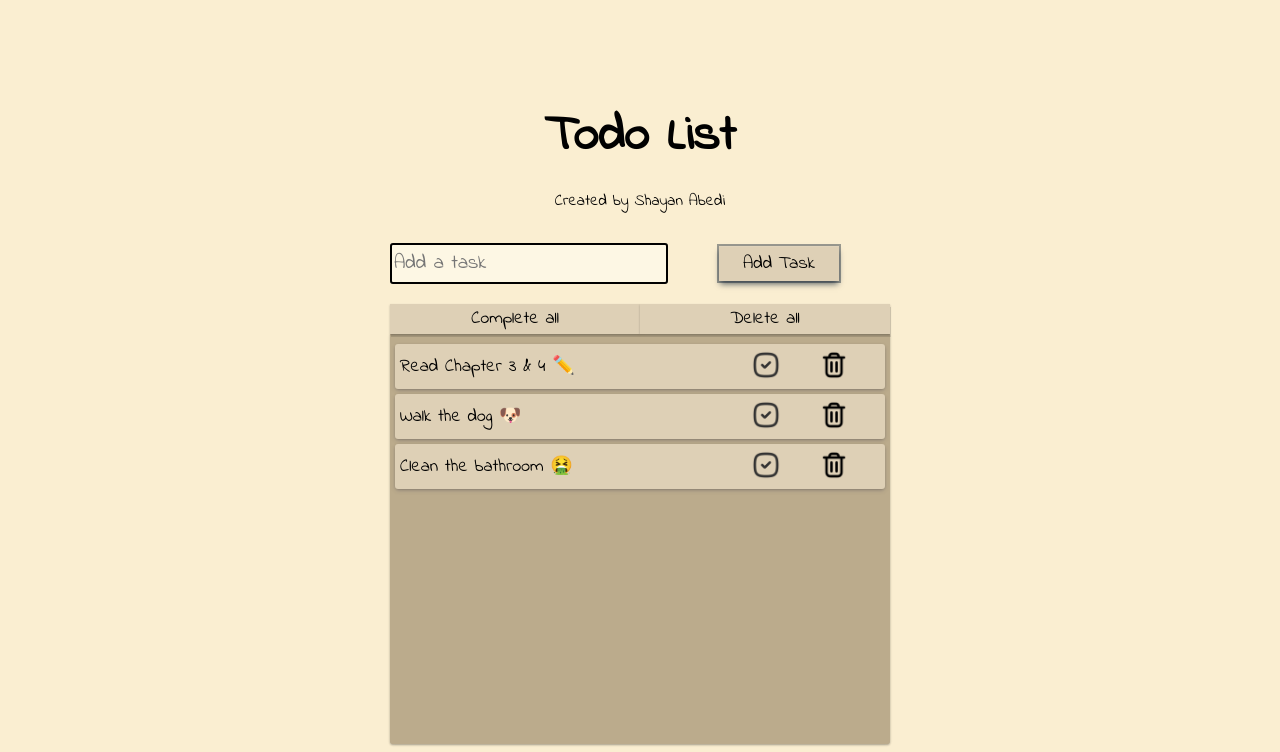
Repository: shayanabedi98/todo-list
Page: /
These files come from the project's save history. The page is drawn as it stood at one moment and after the next save; the edit follows.
The browser window is 1280 px wide. The pictures show the whole page.
The project was rebuilt for these pictures with package versions that can differ from the ones it lists, and the page was loaded fresh each time. Also part of the build but not shown: vite.config.js.

Above is the page before, as saved 2023-12-30 20:02:06.

### index.html
<!doctype html>
<html lang="en">
  <head>
    <meta charset="UTF-8" />
    <link rel="icon" type="image/svg+xml" href="./src/assets/pencil-svgrepo-com.png" />
    <meta name="viewport" content="width=device-width, initial-scale=1.0" />
    <link rel="preconnect" href="https://fonts.googleapis.com">
    <link rel="preconnect" href="https://fonts.gstatic.com" crossorigin>
    <link href="https://fonts.googleapis.com/css2?family=Indie+Flower&display=swap" rel="stylesheet">
    <title>Todo List</title>
  </head>
  <body>
    <div id="root"></div>
    <script type="module" src="/src/main.jsx"></script>
  </body>
</html>

### src/App.jsx
import { useState } from "react";
import { v4 as uuid } from "uuid";
import TodoList from "./TodoList";
import CreateTask from "./CreateTask";
import AffectAll from "./AffectAll";

function App() {
  const [list, setList] = useState([
    { id: uuid(), text: "Read Chapter 3 & 4 ✏️", completed: false },
    { id: uuid(), text: "Walk the dog 🐶", completed: false },
    { id: uuid(), text: "Clean the bathroom 🤮", completed: false },
  ]);
  const [input, setInput] = useState("");

  const addTask = () => {
    if (input.trim() !== "") {
      setList([...list, { id: uuid(), text: input, completed: false }]);
      setInput("");
    }
  };

  const handleChange = (event) => {
    setInput(event.target.value);
  };

  const handleDelete = (taskID) => {
    const newList = list.filter((task) => {
      return task.id !== taskID;
    });
    setList(newList);
  };

  const handleComplete = (taskID) => {
    const newList = list.map((task) => {
      if (task.id === taskID) {
        return { ...task, completed: !task.completed };
      } else {
        return task;
      }
    });
    setList(newList);
  };

  const clearAll = () => {
    setList([]);
  };

  const completeAll = () => {
    const isItCompleted = list.some((task) => !task.completed);
    const newList = list.map((task) => ({ ...task, completed: isItCompleted }));
    setList(newList)
  };

  return (
    <>
      <h1>Todo List</h1>
      <p id="developer">Created by Shayan Abedi</p>
      <CreateTask handleChange={handleChange} input={input} addTask={addTask} />
      <AffectAll clearAll={clearAll} completeAll={completeAll} />
      <TodoList
        list={list}
        handleDelete={handleDelete}
        handleComplete={handleComplete}
      />
    </>
  );
}

export default App;

### src/index.css
body {
  background-color: #faeed1;
  font-family: "Indie Flower", cursive;
}

h1 {
  font-size: 50px;
  margin-top: 100px;
  margin-bottom: 0;
  text-align: center;
}

.create-task {
  display: grid;
  place-items: center;
  align-content: center;
  grid-template-columns: 1fr 1fr;
  margin: 30px auto 0 auto;
}

.create-task input {
  background-color: #fdf7e4;
  border: 2px solid black;
  border-radius: 3px;
  font-size: 20px;
  height: 38px;
  width: 320px;
  font-family: "Indie Flower", cursive;
}

.create-task button {
  background-color: #ded0b6;
  border: none;
  font-family: "Indie Flower", cursive;
  height: 40px;
  width: 160px;
  font-size: 20px;
  box-shadow: rgba(6, 24, 44, 0.4) 0px 0px 0px 2px,
    rgba(6, 24, 44, 0.65) 0px 4px 6px -1px,
    rgba(255, 255, 255, 0.08) 0px 1px 0px inset;
  cursor: pointer;
}

.affect-all {
  display: flex;
  justify-content: space-between;
  margin-top: 20px;
}

.affect-all button {
  background-color: #ded0b6;
  box-shadow: rgba(0, 0, 0, 0.12) 1px 3px, rgba(0, 0, 0, 0.24) 0px 1px 2px;
  border: none;
  font-family: "Indie Flower", cursive;
  height: 30px;
  width: 50%;
  font-size: 18px;
  cursor: pointer;
}

.affect-all button:active {
  box-shadow: rgba(0, 0, 0, 0.12) 1px 1px, rgba(0, 0, 0, 0.24) 0px 1px 2px;
}

.list ul {
  margin: 0;
  padding: 5px;
  box-shadow: rgba(0, 0, 0, 0.12) 0px 1px 3px, rgba(0, 0, 0, 0.24) 0px 1px 2px;
  border-radius: 0 0 3px 3px;
  background-color: #bbab8c;
  min-height: 400px;
}

.list li {
  list-style: none;
  display: grid;
  grid-template-columns: 1fr 0.2fr 0.2fr;
  background-color: #ded0b6;
  margin-top: 5px;
  margin-bottom: 5px;
  padding: 5px;
  box-shadow: rgba(50, 50, 93, 0.25) 0px 2px 5px -1px,
    rgba(0, 0, 0, 0.3) 0px 1px 3px -1px;
  border-radius: 3px;
  font-size: 18px;
  align-items: center;
}

#developer,
h1,
.create-task,
.list,
.affect-all {
  width: 500px;
  margin-left: auto;
  margin-right: auto;
}

.list button {
  background-color: #ded0b6;
  height: 35px;
  width: 35px;
  margin: auto 2px;
  cursor: pointer;
  border: none;
  border-radius: 3px;
}

.list img,
.affect-all img {
  height: 30px;
}

#developer {
  text-align: center;
}

@media (max-width: 525px) {
  #developer,
  h1,
  .create-task,
  .list,
  .affect-all {
    width: 400px;
  }
}

.create-task button {
  width: 120px;
  font-size: 18px;
  height: 35px;
}

.create-task input {
  width: 270px;
  height: 35px;
}

### src/TodoList.jsx
import React from "react";
import trash from "./assets/trash.png";
import check from "./assets/check.png";

const TodoList = ({ handleComplete, handleDelete, list }) => {
  const completedStyle = (condition) => {
    return condition
      ? {
          color: "grey",
          textDecoration: "line-through",
        }
      : {};
  };

  return (
    <div className="list">
      <ul>
        {list.map((task) => {
          return (
            <li key={task.id}>
              <span style={completedStyle(task.completed)}>{task.text}</span>
              <button id="complete" onClick={() => handleComplete(task.id)}>
                <img src={check} alt="checkmark button"/>
              </button>
              <button id="delete" onClick={() => handleDelete(task.id)}>
                <img src={trash} alt="delete button"/>
              </button>
            </li>
          );
        })}
      </ul>
    </div>
  );
};

export default TodoList;

### src/CreateTask.jsx
import React from "react";

const CreateTask = ({input, addTask, handleChange}) => {
  return (
    <div className="create-task">
      <input
        onKeyDown={(e) => e.key === 'Enter' && addTask()}
        placeholder="Add a task"
        type="text"
        onChange={handleChange}
        value={input}
      />
      <button onClick={addTask}>Add Task</button>
    </div>
  );
};

export default CreateTask;

### src/AffectAll.jsx
import React from "react";


const AffectAll = ({ clearAll, completeAll }) => {
  return (
    <div className="affect-all">
      <button onClick={completeAll}>Complete all</button>
      <button onClick={clearAll}>Delete all</button>
    </div>
  );
};

export default AffectAll;

Loaded but not shown: src/main.jsx (common file)

After the next save:
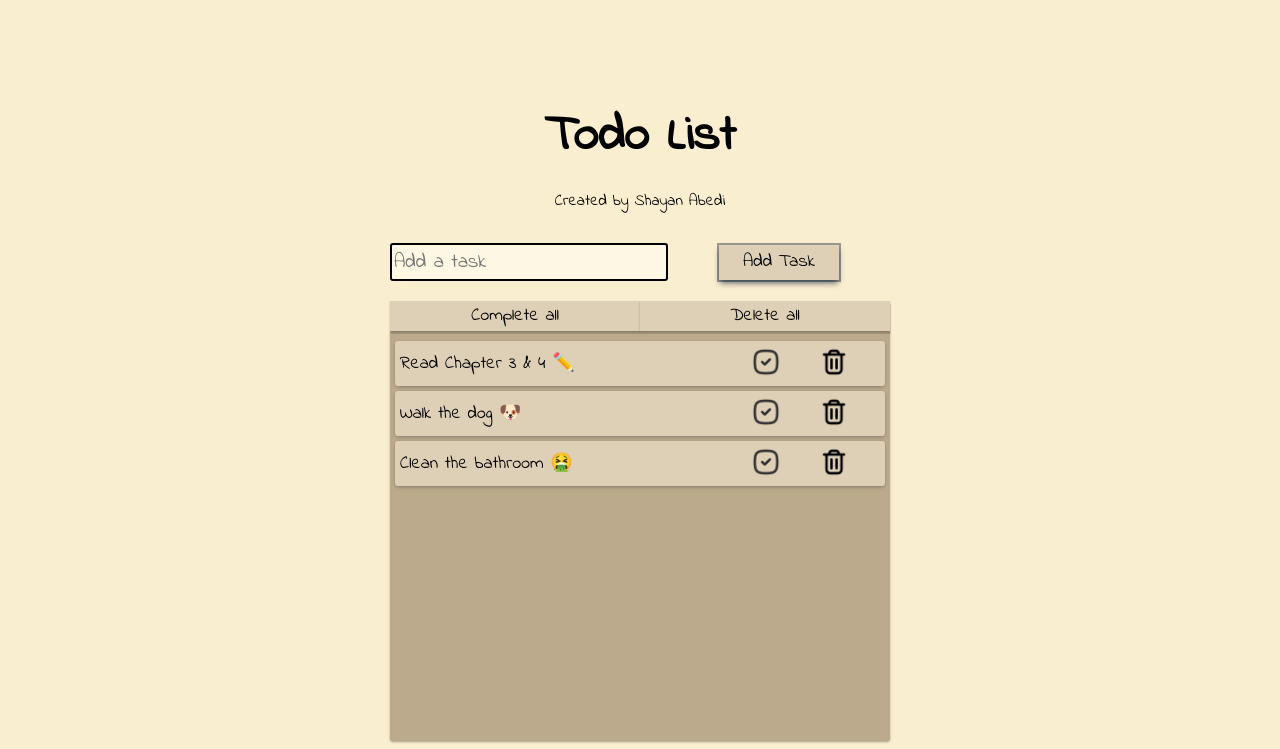
Saved 4 s later.
--- a/src/index.css
+++ b/src/index.css
@@ -133,5 +133,5 @@ h1,
 
 .create-task input {
   width: 270px;
-  height: 35px;
+  height: 32px;
 }
